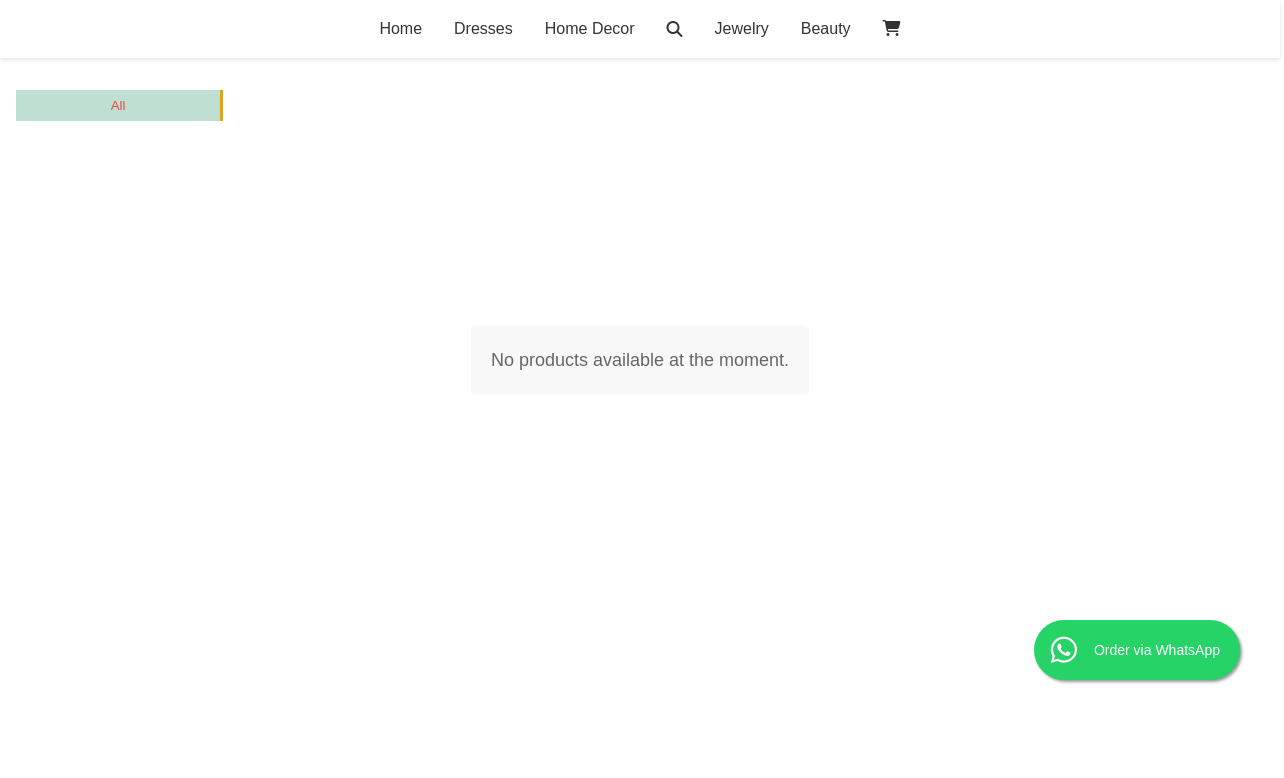
Repository: mrPractise/Elma-Shop
Page: templates/layout.html
The author's editor kept a copy of each file at every save. The page is drawn from the files as they stood at one save, then again after the next save.
The browser window is 1280 px wide. The page is 1284 px wide, so the pictures cover 1284 px, including what lies to the right of the window. The pictures show the whole page.
Some web fonts or font styles are not loaded; a fallback is used. The page is served by the project's application, run on Django 5.2 (manage.py). Other server files are loaded and not shown. The template is opened directly, without the code that normally fills it, so the values that code supplies are empty.

Above is the page before, as saved 2024-10-20 12:13:26.

### static/css/styles.css
@import url(https://fonts.googleapis.com/css2?family=Quicksand:wght@300;400;500;600;700&display=swap);
* {
  margin: 0;
  padding: 0;
  box-sizing: border-box;
}
body {
  font-family: "Quicksand", sans-serif;
  font-weight: 300;
  color: #333;
  line-height: 1.6;
}
.navbar {
  background-color: #fff;
  padding: 1rem;
  box-shadow: 0 2px 4px rgb(0 0 0 / 0.1);
  position: sticky;
  top: 0;
  z-index: 1000;
}
.navbar ul {
  list-style-type: none;
  margin: 0;
  padding: 0;
  display: flex;
  justify-content: center;
  align-items: center;
}
.navbar ul li {
  margin: 0 1rem;
}
.navbar ul li a {
  text-decoration: none;
  color: #333;
  font-weight: 400;
  transition: color 0.3s ease;
}
.navbar ul li a:hover {
  color: #e74c3c;
}
.navbar-toggle {
  display: none;
  background: none;
  border: none;
  font-size: 1.5rem;
  cursor: pointer;
}
@media screen and (max-width: 768px) {
  body {
    padding-bottom: 60px;
  }
  .navbar {
    position: fixed;
    bottom: 0;
    left: 0;
    right: 0;
    top: auto;
    padding: 0.5rem;
  }
  .navbar ul {
    display: flex;
    flex-direction: row;
    justify-content: space-around;
  }
  .navbar ul li {
    margin: 5px 0;
  }
  .navbar ul li a {
    font-size: 0.8em;
    text-align: center;
    display: flex;
    flex-direction: column;
    align-items: center;
  }
  .navbar ul li a::before {
    font-size: 1.5em;
    margin-bottom: 1px;
  }
  .navbar-toggle {
    display: none;
  }
}
.search-icon {
  cursor: pointer;
}
.modal {
  display: none;
  position: fixed;
  z-index: 1000;
  left: 0;
  top: 0;
  width: 100%;
  height: 100%;
  background-color: rgb(0 0 0 / 0.4);
}
.modal-content {
  background-color: #fefefe;
  margin: 10% auto;
  padding: 20px;
  border: 1px solid #888;
  width: 50%;
  max-width: 500px;
  border-radius: 8px;
  box-shadow: 0 4px 6px rgb(0 0 0 / 0.1);
}
.close {
  color: #aaa;
  float: right;
  font-size: 28px;
  font-weight: 700;
  cursor: pointer;
}
.close:hover,
.close:focus {
  color: #000;
  text-decoration: none;
}
.search-form {
  display: flex;
  margin-top: 20px;
}
.search-form input {
  flex-grow: 1;
  padding: 10px;
  font-size: 16px;
  border: 1px solid #ddd;
  border-right: none;
  border-radius: 4px 0 0 4px;
}
.search-form button {
  padding: 10px 15px;
  background-color: #f8f9fa;
  border: 1px solid #ddd;
  border-radius: 0 4px 4px 0;
  cursor: pointer;
}
@media screen and (max-width: 768px) {
  .modal-content {
    width: 80%;
    margin: 20% auto;
  }
}
@media screen and (max-width: 480px) {
  .modal-content {
    width: 90%;
    margin: 30% auto;
    padding: 15px;
  }
  .search-form input {
    font-size: 14px;
  }
  .search-form button {
    padding: 8px 12px;
  }
}
.section {
  min-height: 100vh;
  display: flex;
  flex-direction: column;
  justify-content: center;
  align-items: center;
  padding: 4rem 2rem 2rem;
}

.search-results-container {
  padding: 20px;
}
.search-product-grid {
  display: grid;
  grid-template-columns: repeat(auto-fill, minmax(200px, 1fr));
  gap: 20px;
}
.search-product-item {
  border: 1px solid #ddd;
  padding: 10px;
  text-align: center;
}
.search-product-image {
  max-width: 100%;
  height: auto;
}
.search-pagination {
  margin-top: 20px;
  text-align: center;
}
.search-page-link {
  margin: 0 5px;
}
.search-current-page {
  font-weight: 700;
}
.items-page-categories {
  display: flex;
  flex-direction: column;
}
.items-page-category {
  background: none;
  border: none;
  padding: 0.5rem;
  cursor: pointer;
  transition: color 0.3s ease;
  overflow: visible;
  margin-bottom: 3px;
  white-space: wrap;
  word-wrap: break-word;
}
.items-page-category:hover,
.items-page-category.active {
  color: #e74c3c;
  background-color: #bfdfd3;
  border-right: 3px solid goldenrod;
}
.product-header {
  display: flex;
  justify-content: space-between;
  align-items: center;
  margin-bottom: 1rem;
}
.product-count {
  font-weight: 700;
}
.sort-dropdown select {
  padding: 0.5rem;
  border: 1px solid #ccc;
  border-radius: 4px;
}

.featured-page {
  background-color: #fff;
  border-radius: 10px;
  overflow: hidden;
  box-shadow: 0 4px 8px rgb(0 0 0 / 0.1);
  margin-bottom: 3rem;
  display: flex;
  align-items: stretch;
}
.page-header {
  text-align: center;
  margin-bottom: 1rem;
  position: relative;
}
.page-title {
  font-family: "Playfair Display", serif;
  font-size: 4rem;
  color: #2c3e50;
  margin-bottom: 1rem;
  position: relative;
  display: inline-block;
}
.page-title::after {
  content: "";
  position: absolute;
  bottom: -10px;
  left: 50%;
  transform: translateX(-50%);
  width: 100px;
  height: 3px;
  background: linear-gradient(to right, #f39c12, #e74c3c);
}
.page-subtitle {
  font-size: 1.2rem;
  color: #7f8c8d;
  font-weight: 300;
}
h2 {
  font-size: 2.5rem;
  margin-bottom: 2rem;
  text-align: center;
}
.see-more {
  margin-top: 2rem;
  padding: 1rem 2rem;
  background-color: #e74c3c;
  color: #fff;
  text-decoration: none;
  border-radius: 5px;
  transition: background-color 0.3s ease;
}
.see-more:hover {
  background-color: #c0392b;
}
.hero-section {
  display: flex;
  gap: 5px;
  min-height: 100vh;
  overflow: hidden;
}
.hero-left,
.hero-right {
  flex: 1;
  display: flex;
  flex-direction: column;
}
.hero-image-container {
  flex: 1;
  overflow: hidden;
  position: relative;
  margin-bottom: 5px;
}
.hero-image {
  width: 100%;
  height: 100%;
  object-fit: cover;
  position: absolute;
  top: 0;
  left: 0;
}
.hero-image-overlay {
  position: absolute;
  bottom: 0;
  left: 0;
  right: 0;
  background: rgb(0 0 0 / 0.5);
  color: #fff;
  padding: 10px;
  text-align: center;
}
.hero-image-overlay h3 {
  margin: 0;
  font-size: 1.2em;
}
.hero-image-overlay p {
  margin: 5px 0 0;
  font-size: 0.9em;
}
@media (max-width: 768px) {
  .hero-section {
    flex-direction: column;
    min-height: auto;
  }
  .hero-left,
  .hero-right {
    width: 100%;
  }
  .hero-image-container {
    height: 50vh;
  }
}
@media (max-width: 480px) {
  .hero-image-container {
    height: 33vh;
  }
  .hero-image-overlay h3 {
    font-size: 1em;
  }
  .hero-image-overlay p {
    font-size: 0.8em;
  }
}
.Dresses-section {
  background-color: #f9e7e7;
}
.Dresses-showcase {
  display: flex;
  justify-content: space-around;
  width: 100%;
  max-width: 1200px;
  flex-wrap: wrap;
}



.dress-category {
  text-align: center;
  transition: transform 0.3s ease;
  margin: 1rem;
}
.dress-category:hover {
  transform: translateY(-10px);
}
.dress-category img {
  width: 200px;
  height: 300px;
  object-fit: cover;
  border-radius: 10px;
  box-shadow: 0 4px 8px rgb(0 0 0 / 0.1);
}
.dress-category h3 {
  margin-top: 1rem;
}



.Homedecor-section {
  background-color: #e7f0f9;
}
.decor-grid {
  display: grid;
  grid-template-columns: repeat(auto-fit, minmax(250px, 1fr));
  gap: 2rem;
  width: 80%;
  max-width: 1200px;
}
.decor-item {
  position: relative;
  overflow: hidden;
  border-radius: 10px;
  box-shadow: 0 4px 8px rgb(0 0 0 / 0.1);
}
.decor-item img {
  width: 100%;
  height: 250px;
  object-fit: cover;
  transition: transform 0.3s ease;
}
.decor-item:hover img {
  transform: scale(1.05);
}
.decor-info {
  position: absolute;
  bottom: 0;
  left: 0;
  right: 0;
  background: rgb(255 255 255 / 0.9);
  padding: 1rem;
  transform: translateY(100%);
  transition: transform 0.3s ease;
}
.decor-item:hover .decor-info {
  transform: translateY(0);
}
.Jewelry-section {
  background-color: #f9f3e6;
}
.Jewelry-showcase {
  display: grid;
  grid-template-columns: repeat(auto-fit, minmax(280px, 1fr));
  gap: 2rem;
  width: 90%;
  max-width: 1200px;
}
.jewelry-item {
  border-radius: 10px;
  overflow: hidden;
  box-shadow: 0 4px 8px rgb(0 0 0 / 0.1);
  transition: transform 0.3s ease, box-shadow 0.3s ease;
  display: flex;
  flex-direction: column;
}
.jewelry-item:hover {
  transform: translateY(-5px);
  box-shadow: 0 6px 12px rgb(0 0 0 / 0.15);
}
.jewelry-image {
  width: 100%;
  height: 300px;
  overflow: hidden;
}
.jewelry-image img {
  width: 100%;
  height: 100%;
  object-fit: cover;
  transition: transform 0.3s ease;
}
.jewelry-item:hover .jewelry-image img {
  transform: scale(1.05);
}
.jewelry-info {
  padding: 1.5rem;
  display: flex;
  flex-direction: column;
  flex-grow: 1;
}
.jewelry-info h3 {
  margin: 0 0 0.5rem;
  color: #333;
  font-size: 1.2rem;
}
.jewelry-info p {
  margin: 0 0 1rem;
  color: #e74c3c;
  font-weight: 400;
}
.jewelry-description {
  font-size: 0.9rem;
  color: #666;
  flex-grow: 1;
}
.Beauty-Products-section {
  background-color: #f0e7f9;
}
.section-title {
  text-align: center;
  margin-bottom: 2rem;
  color: #333;
  font-size: 2.5rem;
}
.beauty-container {
  margin: 0 auto;
  padding: 0 1rem;
}
.beauty-masonry {
  column-count: 2;
  column-gap: 1rem;
  margin: 0 auto;
  max-width: 100%;
}
.beauty-item {
  break-inside: avoid;
  margin-bottom: 1rem;
  position: relative;
  overflow: hidden;
  width: 100%;
  display: inline-block;
}
.beauty-item img {
  width: 100%;
  display: block;
  transition: transform 0.3s ease;
}
.beauty-item:hover img {
  transform: scale(1.05);
}
.beauty-overlay {
  position: absolute;
  bottom: 0;
  left: 0;
  right: 0;
  background: linear-gradient(to top, rgb(0 0 0 / 0.7), transparent);
  color: #fff;
  padding: 1rem;
  transform: translateY(100%);
  transition: transform 0.3s ease;
}
.beauty-item:hover .beauty-overlay {
  transform: translateY(0);
}
.beauty-overlay h3 {
  margin: 0 0 0.5rem;
  font-size: 1.2rem;
}
.beauty-overlay p {
  margin: 0;
  font-size: 0.9rem;
  word-wrap: break-word;
  overflow-wrap: break-word;
  hyphens: auto;
}
@media (max-width: 480px) {
  .beauty-masonry {
    column-count: 1;
  }
}
@media (max-width: 768px) {
  .beauty-item {
    flex: 0 0 calc(50% - 0.5rem);
  }
  .jewelry-showcase {
    grid-template-columns: repeat(auto-fit, minmax(250px, 1fr));
  }
}
.homedecor-page-container {
  background-color: #e7f0f9;
}

.page-container {
  max-width: 100%;
  margin: 0 auto;
  padding: 1rem;
  display: flex;
  flex-direction: column;
  min-height: 100vh;
}
.content-wrapper {
  display: grid;
  grid-template-columns:2fr 5fr;
  gap: 10px;
}

.sidebar {
  flex: 0 0 auto;
  position: sticky;
  top: 65px;
  height: fit-content;
  overflow: hidden;
}

.product-grid {
  display: grid;
  grid-template-columns: repeat(4, 1fr);
  gap: 20px 10px; /* Horizontal gap only */
  align-items: start;
  margin: 0 20px;
  width: 100%;
}

@media (max-width: 700px) {
  .product-grid {
    grid-template-columns: repeat(2, 1fr);
  }
  .content-wrapper {
  grid-template-columns:3fr 5fr;

}

}

@media (min-width: 701px) and (max-width: 1199px) {
  .product-grid {
    grid-template-columns: repeat(3, 1fr);
  }
}

.product-item {
  background: #fff;
  border: 1px solid #ddd;
  border-radius: 8px;
  padding: 10px;
  display: flex;
  flex-direction: column;
  box-shadow: 0 4px 8px rgba(0, 0, 0, 0.1);
  margin-bottom: 20px;
}

.product-item img {
  width: 100%;
  max-height: 380px;
  object-fit: cover;
  border-radius: 5px;
  margin-bottom: 0.5rem;
}
.product-item:hover {
  transform: translateY(-5px);
  box-shadow: 0 8px 16px rgba(0, 0, 0, 0.2);
}


.product-item h3 {
  margin: 0.5rem 0;
  font-size: 1rem;
}


.product-desc {
  font-size: 0.9rem;
  line-height: 1.4;
  margin: 0.5rem 0;
  flex-grow: 1;
}




.product-price {
  font-weight: bold;
  color: #e74c3c;
  margin: 0.5rem 0;
}

.product-cart {
  display: flex;
  justify-content: space-between;
  align-items: center;
  margin-top: auto;
}


.cart-btn,
.remove-from-cart {
  padding: 0.5rem;
  border: none;
  border-radius: 5px;
  cursor: pointer;
  transition: background-color 0.3s ease;
  font-size: 0.9rem;
}

.cart-btn {
  background-color: #3498db;
  color: #fff;
  flex-grow: 1;
  margin-right: 0.5rem;
}

.cart-btn:hover {
  background-color: #2980b9;
}

.remove-from-cart {
  background-color: #e74c3c;
  color: #fff;
}

.remove-from-cart:hover {
  background-color: #c0392b;
}


.no-product {
  position: absolute;
  top: 50%;
  height: fit-content;
  left: 50%;
  transform: translate(-50%, -50%);
  text-align: center;
}
.cart-icon {
  position: relative;
  display: inline-block;
}
.cart-counter {
  position: absolute;
  top: -10px;
  right: -10px;
  background-color: #e74c3c;
  color: #fff;
  border-radius: 50%;
  padding: 2px 6px;
  font-size: 0.7em;
  font-weight: 700;
}
@media screen and (max-width: 768px) {
  .cart-icon {
    position: fixed;
    bottom: 60px;
    right: 20px;
    background-color: #3498db;
    color: #fff;
    border-radius: 50%;
    width: 40px;
    height: 40px;
    display: flex;
    justify-content: center;
    align-items: center;
    box-shadow: 0 2px 10px rgb(0 0 0 / 0.3);
    z-index: 1000;
  }
  .cart-icon i {
    font-size: 14px;
  }
  .cart-counter {
    position: absolute;
    top: -5px;
    right: -5px;
    background-color: #e74c3c;
    color: #fff;
    border-radius: 50%;
    padding: 2px 6px;
    font-size: 0.7em;
    font-weight: 700;
  }
}
@media (max-width: 768px) {
  .no-product {
    top: 70%;
  }
}
.cart-btn,
.remove-from-cart {
  color: #fff;
  border: none;
  padding: 0.5rem 1rem;
  border-radius: 5px;
  cursor: pointer;
  transition: background-color 0.3s ease;
}
.cart-btn {
  background-color: #3498db;
}
.cart-btn:hover {
  background-color: #2980b9;
}
.remove-from-cart {
  background-color: #e74c3c;
}
.cart-quantity {
  font-weight: 500;
  background-color: #e7d33c;
  color: #221f1f;
  padding: 0.2rem 0.6rem;
  border-radius: 50%;
}
.cart-container {
  max-width: 1200px;
  margin: 0 auto;
  padding: 40px 20px;
  display: flex;
  gap: 40px;
}
h1 {
  font-size: 2.5em;
  margin-bottom: 30px;
  color: #2c3e50;
}
.cart-items {
  flex: 3;
}
.cart-item {
  background-color: #fff;
  border-radius: 8px;
  box-shadow: 0 4px 6px rgb(0 0 0 / 0.1);
  margin-bottom: 20px;
  overflow: hidden;
  transition: transform 0.3s ease;
}
.cart-item:hover {
  transform: translateY(-5px);
}
.item-content {
  display: flex;
  padding: 20px;
}
.item-image {
  width: 100px;
  height: 100px;
  object-fit: cover;
  border-radius: 4px;
  margin-right: 20px;
}
.item-details {
  flex-grow: 1;
}
.item-name {
  font-weight: 500;
  font-size: 1.1em;
  margin-bottom: 5px;
}
.item-price {
  color: #3498db;
  font-weight: 600;
}
.item-quantity {
  display: flex;
  align-items: center;
  margin-top: 10px;
}
.quantity-btn {
  background-color: #f1f3f5;
  color: #333;
  border: none;
  width: 30px;
  height: 30px;
  font-size: 1.2em;
  cursor: pointer;
  transition: background-color 0.3s;
  border-radius: 50%;
}
.quantity-btn:hover {
  background-color: #e9ecef;
}
.quantity-input {
  width: 40px;
  text-align: center;
  margin: 0 10px;
  font-size: 1em;
  border: none;
  background-color: #fff0;
}
.item-total {
  font-weight: 800;
  margin-left: 20px;
}
.remove-item {
  background-color: #e74c3c;
  color: #fff;
  border: none;
  padding: 5px 10px;
  cursor: pointer;
  transition: background-color 0.3s;
  border-radius: 4px;
  font-size: 0.9em;
}
.remove-item:hover {
  background-color: #c0392b;
}
.empty-cart-message,
.empty-cart-summary {
  text-align: center;
  padding: 20px;
  font-size: 18px;
  color: #666;
}
.empty-cart-message {
  background-color: #f8f8f8;
  border-radius: 5px;
}
.cart-summary {
  flex: 1;
  background-color: #fff;
  padding: 20px;
  border-radius: 8px;
  box-shadow: 0 4px 6px rgb(0 0 0 / 0.1);
  position: sticky;
  top: 20px;
  height: fit-content;
}
.summary-title {
  font-size: 1.5em;
  margin-bottom: 20px;
  color: #2c3e50;
}
.summary-items {
  margin-bottom: 15px;
}
.summary-item {
  display: flex;
  justify-content: space-between;
  margin-bottom: 10px;
}
.summary-item-details {
  flex-grow: 1;
}
.summary-item-name {
  font-weight: 500;
}
.summary-item-quantity {
  font-size: 0.9em;
  font-weight: 400;
  color: #666;
}
.summary-item-total {
  text-align: right;
  font-weight: 600;
}
.summary-subtotal {
  border-top: 1px solid #ddd;
  padding-top: 10px;
  margin-top: 10px;
  font-weight: 700;
}
.summary-total {
  font-size: 1.2em;
  font-weight: 800;
  color: #3498db;
  margin-top: 20px;
  padding-top: 20px;
  border-top: 1px solid #eee;
}
.proceed-btn {
  margin-top: 30px;
  display: grid;
  place-items: center;
}
.checkout-btn {
  background-color: #2ecc71;
  color: #fff;
  border: none;
  padding: 15px 20px;
  font-size: 1em;
  border-radius: 4px;
  cursor: pointer;
  transition: background-color 0.3s;
  width: 100%;
  text-align: center;
  text-decoration: none;
}
.checkout-btn:hover {
  background-color: #27ae60;
}
.thankyou-container {
  max-width: 800px;
  margin: 0 auto;
  padding: 20px;
  font-family: Arial, sans-serif;
  background-color: #f9f9f9;
  border-radius: 10px;
  box-shadow: 0 0 10px rgb(0 0 0 / 0.1);
}
.thankyou-order-item {
  background-color: #fff;
  border: 1px solid #ddd;
  border-radius: 5px;
  padding: 15px;
  margin-bottom: 15px;
}
.thankyou-order-item p {
  margin: 5px 0;
  font-size: 1.1em;
}
.thankyou-total {
  font-weight: 700;
  font-size: 2em;
  margin-top: 20px;
  color: #3498db;
}
.thankyou-message {
  text-align: center;
}
.thankyou-button {
  display: block;
  width: 80%;
  max-width: 300px;
  margin: 20px auto;
  padding: 15px;
  text-align: center;
  text-decoration: none;
  font-size: 1.2em;
  border-radius: 5px;
  transition: background-color 0.3s ease;
}
.thankyou-whatsapp-button {
  background-color: #25d366;
  color: #fff;
}
.thankyou-whatsapp-button:hover {
  background-color: #128c7e;
}
.continue-shopping-button {
  background-color: #3498db;
  color: #fff;
}
.continue-shopping-button:hover {
  background-color: #2980b9;
}
.checkout-actions {
  margin-top: 20px;
  display: flex;
  justify-content: space-between;
}
.click-me {
  background-color: green;
  color: #fff;
}
.button {
  padding: 10px 20px;
  font-size: 16px;
  border: none;
  border-radius: 5px;
  cursor: pointer;
  text-decoration: none;
  display: inline-block;
  text-align: center;
  transition: background-color 0.3s ease;
}
.continue-shopping-button {
  background-color: #4caf50;
  color: #fff;
}
.continue-shopping-button:hover {
  background-color: #45a049;
}
.cancel-order-button {
  background-color: #f44336;
  color: #fff;
}
.cancel-order-button:hover {
  background-color: #d32f2f;
}
.thankyou-order-item {
  display: flex;
  align-items: center;
  margin-bottom: 20px;
  padding: 10px;
  border: 1px solid #ddd;
  border-radius: 5px;
}
.thankyou-item-image {
  width: 80px;
  height: 80px;
  object-fit: cover;
  margin-right: 20px;
  border-radius: 5px;
}
.thankyou-item-details {
  flex-grow: 1;
}
.thankyou-item-name {
  font-weight: 700;
  margin-bottom: 5px;
}
.thankyou-item-quantity,
.thankyou-item-price {
  margin: 5px 0;
}
@media (max-width: 600px) {
  .thankyou-container {
    padding: 10px;
  }
  .thankyou-container h1 {
    font-size: 2em;
  }
  .thankyou-container h2 {
    font-size: 1.5em;
  }
  .thankyou-button {
    width: 100%;
  }
}
.whatsapp-float {
  position: fixed;
  bottom: 40px;
  right: 40px;
  display: flex;
  align-items: center;
  background-color: #25d366;
  color: #fff;
  border-radius: 50px;
  text-decoration: none;
  transition: all 0.3s;
  z-index: 100;
  box-shadow: 2px 2px 3px #999;
  overflow: hidden;
  max-width: calc(100% - 80px);
}
.whatsapp-float-icon {
  width: 60px;
  height: 60px;
  display: flex;
  align-items: center;
  justify-content: center;
  font-size: 30px;
  flex-shrink: 0;
}
.whatsapp-float-text {
  padding-right: 20px;
  font-size: 14px;
  opacity: 0;
  max-width: 0;
  overflow: hidden;
  transition: all 0.3s;
  white-space: nowrap;
}
.whatsapp-float:hover {
  background-color: #128c7e;
}
.whatsapp-float:hover .whatsapp-float-text {
  opacity: 1;
  max-width: 200px;
}
@keyframes showText {
  0%,
  100% {
    opacity: 0;
    max-width: 0;
  }
  10%,
  90% {
    opacity: 1;
    max-width: 200px;
  }
}
.whatsapp-float .whatsapp-float-text {
  animation: showText 6s infinite;
}
@media screen and (max-width: 767px) {
  .whatsapp-float {
    bottom: 60px;
    left: 20px;
    max-width: 180px;
  }
  .whatsapp-float-icon {
    width: 40px;
    height: 40px;
    font-size: 22px;
  }
  .whatsapp-float-text {
    font-size: 12px;
    padding-right: 10px;
  }
  @keyframes showText {
    0%,
    100% {
      opacity: 0;
      max-width: 0;
    }
    10%,
    90% {
      opacity: 1;
      max-width: 250px;
    }
  }
}
.messages-container {
  position: fixed;
  top: 20px;
  right: 20px;
  z-index: 1000;
  max-width: 300px;
}
.message {
  margin-bottom: 10px;
  padding: 15px;
  border-radius: 4px;
  display: flex;
  align-items: center;
  box-shadow: 0 2px 4px rgb(0 0 0 / 0.2);
  animation: slideIn 0.5s ease-out;
}
@keyframes slideIn {
  from {
    transform: translateX(100%);
    opacity: 0;
  }
  to {
    transform: translateX(0);
    opacity: 1;
  }
}
.checkout-container {
  max-width: 800px;
  margin: 0 auto;
  padding: 20px;
  font-family: Arial, sans-serif;
  background-color: #f9f9f9;
  border-radius: 8px;
  box-shadow: 0 0 10px rgb(0 0 0 / 0.1);
}
h1 {
  color: #333;
  text-align: center;
  margin-bottom: 20px;
}
h2 {
  color: #444;
  margin-top: 30px;
  margin-bottom: 15px;
  border-bottom: 2px solid #ddd;
  padding-bottom: 10px;
}
form {
  margin-bottom: 30px;
}
form p {
  margin-bottom: 15px;
}
form label {
  display: block;
  margin-bottom: 5px;
  font-weight: 700;
  color: #555;
}
form input[type="text"],
form textarea {
  width: 100%;
  padding: 10px;
  border: 1px solid #ddd;
  border-radius: 4px;
  font-size: 16px;
}
.checkout-item {
  display: flex;
  align-items: center;
  margin-bottom: 20px;
  background-color: #fff;
  padding: 15px;
  border-radius: 6px;
  box-shadow: 0 2px 5px rgb(0 0 0 / 0.05);
}
.checkout-item-image {
  width: 80px;
  height: 80px;
  object-fit: cover;
  border-radius: 4px;
  margin-right: 15px;
}
.checkout-item-details {
  flex-grow: 1;
}
.checkout-item-details p {
  margin: 5px 0;
  color: #333;
}
.checkout-item-details p:first-child {
  font-weight: 700;
  font-size: 18px;
}
form h3 {
  text-align: right;
  margin-top: 20px;
  font-size: 20px;
  color: #333;
}
button[type="submit"] {
  display: block;
  width: 100%;
  padding: 15px;
  background-color: #4caf50;
  color: #fff;
  border: none;
  border-radius: 4px;
  font-size: 18px;
  cursor: pointer;
  transition: background-color 0.3s ease;
}
button[type="submit"]:hover {
  background-color: #45a049;
}
.location-options {
  display: flex;
  flex-direction: column;
  gap: 10px;
  margin-bottom: 20px;
}
.checkout-p {
  font-weight: 800;
  color: #27ae60;
}
.location-option {
  display: flex;
  align-items: center;
}
.location-option input[type="radio"] {
  margin-right: 10px;
}
.location-option label {
  display: flex;
  align-items: center;
  cursor: pointer;
}
#custom-address-option {
  margin-bottom: 20px;
}
#custom-address-field {
  margin-top: 10px;
}
@media (max-width: 600px) {
  .checkout-container {
    padding: 15px;
  }
  .checkout-item {
    flex-direction: column;
    align-items: flex-start;
  }
  .checkout-item-image {
    width: 100%;
    height: auto;
    margin-right: 0;
    margin-bottom: 15px;
  }
  .checkout-item-details {
    width: 100%;
  }
}
@media (max-width: 768px) {
  .cart-container {
    flex-direction: column;
  }
  .cart-summary {
    position: static;
    order: -1;
    margin-bottom: 20px;
  }
}
#loading-overlay {
    position: fixed;
    top: 0;
    left: 0;
    width: 100%;
    height: 100%;
    background-color: rgba(0, 0, 0, 0.5);
    display: flex;
    justify-content: center;
    align-items: center;
    flex-direction: column;
    z-index: 9999;
}

.spinner {
    border: 4px solid #f3f3f3;
    border-top: 4px solid #3498db;
    border-radius: 50%;
    width: 50px;
    height: 50px;
    animation: spin 1s linear infinite;
}
.spinner-text{
color: #128c7e;
}
@keyframes spin {
    0% { transform: rotate(0deg); }
    100% { transform: rotate(360deg); }
}

#loading-overlay p {
    color: white;
    margin-top: 10px;
}

Loaded but not shown: Shop/templatetags/custom_filters.py (common file); static/css/styles.min.css (library); static/javascript/cart.min.js (1 lines, source omitted); static/javascript/utilities.min.js (1 lines, source omitted); templates/layout.html (106 lines, source omitted); templates/navbar.html (82 lines, source omitted); Shop/urls.py (30 lines, source omitted); Shop/sitemaps.py (47 lines, source omitted); ElmaShop/urls.py (19 lines, source omitted); Shop/middleware.py (14 lines, source omitted); templates/whatsappicon.html (20 lines, source omitted); Shop/cache_control.py (10 lines, source omitted); Shop/templatetags/category_tags.py (17 lines, source omitted); Shop/context_processors.py (10 lines, source omitted); Shop/templatetags/cart_tags.py (11 lines, source omitted)

After the next save:
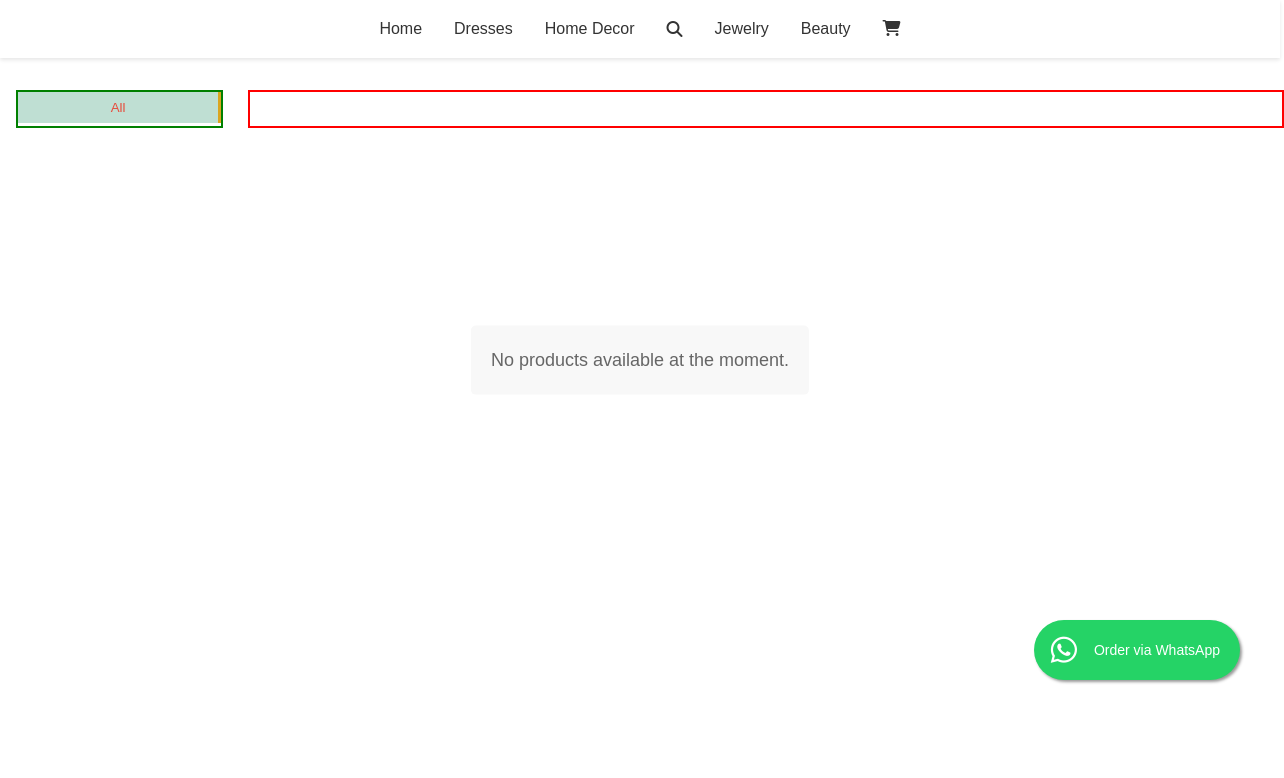
Saved 9 min 32 s later.
--- a/static/css/styles.css
+++ b/static/css/styles.css
@@ -573,6 +573,7 @@ h2 {
   top: 65px;
   height: fit-content;
   overflow: hidden;
+   border: 2px solid green;
 }
 
 .product-grid {
@@ -580,8 +581,8 @@ h2 {
   grid-template-columns: repeat(4, 1fr);
   gap: 20px 10px; /* Horizontal gap only */
   align-items: start;
-  margin: 0 20px;
   width: 100%;
+  border: 2px solid red;
 }
 
 @media (max-width: 700px) {
